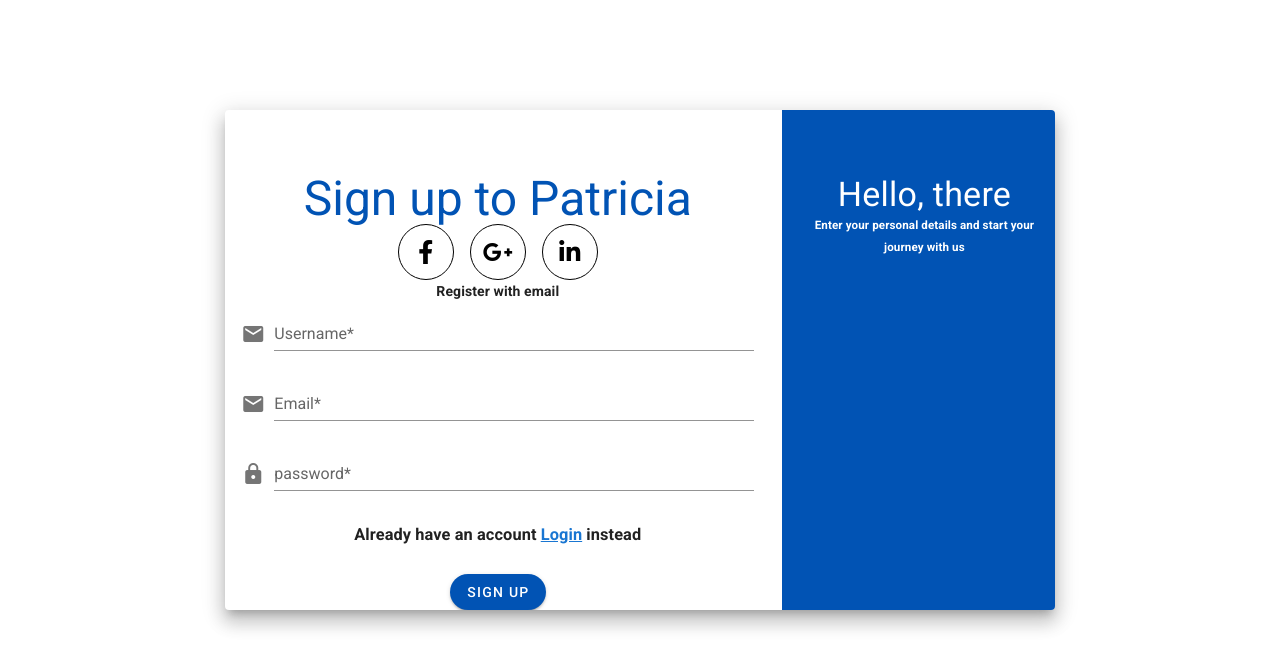
Repository: akinsikuoluwafemi/Pats_userAuth
Page: /signup
An editor plug-in stored every save of this project. The page is shown before and after a run of saves, followed by the edit.
The browser window is 1280 px wide. The pictures show the whole page.
The project was rebuilt for these pictures with package versions that can differ from the ones it lists, and the page was loaded fresh each time. Also part of the build but not shown: vue.config.js.

Above is the page before, as saved 2020-11-05 22:18:16.

### src/main.js
import Vue from 'vue'
import App from './App.vue'
import router from './router'
import vuetify from './plugins/vuetify';
import store from './store';

Vue.config.productionTip = false

new Vue({
  store,
  router,
  vuetify,
  render: h => h(App)
}).$mount('#app')

### src/App.vue
<template>
  <v-app>


    <v-main>
      <router-view></router-view>
    </v-main>
  </v-app>
</template>

<script>

export default {
  name: 'App',

  components: {

},

  data: () => ({
    //
  }),
};
</script>

### src/router/index.js
import Vue from 'vue'
import VueRouter from 'vue-router'
// import Home from '../views/Home.vue'
import Login from '../views/Login.vue'
import Signup from "../views/Signup.vue";
import UserInfo from "../views/UserInfo.vue";


Vue.use(VueRouter)

const routes = [
  {
    path: "/",
    name: "Userinfo",
    component: UserInfo,
    meta: {
      requiresAuth: true,
    },
  },
  {
    path: "/login",
    name: "Login",
    component: Login

  },

  {
    path: "/signup",
    name: "Signup",
    component: Signup,
  },

  {
    path: "/userinfo",
    // name: "Userinfo",
    // component: UserInfo,
  },
  {
    path: "/about",
    name: "About",
    // route level code-splitting
    // this generates a separate chunk (about.[hash].js) for this route
    // which is lazy-loaded when the route is visited.
    component: () =>
      import(/* webpackChunkName: "about" */ "../views/About.vue"),
  },
];

const router = new VueRouter({
  mode: 'history',
  base: process.env.BASE_URL,
  routes
})



export default router

### src/plugins/vuetify.js
import "@fortawesome/fontawesome-free/css/all.css"
import 'material-design-icons-iconfont/dist/material-design-icons.css'
import Vue from 'vue';
import Vuetify from 'vuetify/lib';

Vue.use(Vuetify);

export default new Vuetify({
    icons: {
        iconfont: 'md' || 'fa'
    }
});

### src/store/index.js
import Vuex from 'vuex';
import Vue from 'vue';
import auth from './modules/auth';


// Load Vuex
Vue.use(Vuex);


// create store
export default new Vuex.Store({
    modules: {
        auth
    }
});

### src/views/Signup.vue
<template>
  <v-app>
    <v-content>
      <v-container class="fill-height" fluid>
        <v-row align="center" justify="center">
          <v-col cols="12" sm="8" md="8">
            <v-card class="elevation-12">
              <v-window v-model="stop">
                <v-window-item :value="1">
                  <v-row>
                    <v-col cols="12" md="8">
                      <v-card-text class="mt-12">
                        <h1
                          class="text-center display-2"
                          v-bind:style="{ color: '#0153B4' }"
                        >
                          Sign up to Patricia
                        </h1>
                        <div class="text-center" mt-4>
                          <v-btn class="mx-2" fab color="black" outlined>
                            <v-icon>fab fa-facebook-f</v-icon>
                          </v-btn>
                          <v-btn class="mx-2" fab color="black" outlined>
                            <v-icon>fab fa-google-plus-g</v-icon>
                          </v-btn>
                          <v-btn class="mx-2" fab color="black" outlined>
                            <v-icon>fab fa-linkedin-in</v-icon>
                          </v-btn>
                        </div>
                        <h4 class="text-center mlt-4">Register with email</h4>
                        <v-form @submit.prevent="handleSignup" id="check-signup-form">
                          <v-text-field
                            v-model="username"
                            required

                            label="Username*"
                            name="username"
                            prepend-icon="email"
                            type="text"
                            v-bind:style="{ color: '#0153B4' }"
                          />

                          <v-text-field
                          v-model="email"
                            required

                            label="Email*"
                            name="Email"
                            prepend-icon="email"
                            type="text"
                            v-bind:style="{ color: '#0153B4' }"
                          />

                            <v-text-field
                            v-model="password"
                            required
                            id="password"
                            label="password*"
                            name="Password"
                            prepend-icon="lock"
                            type="password"
                            v-bind:style="{ color: '#0153B4' }"
                          />

                        <h3 class="text-center mt-3">
                          Already have an account
                          <router-link to="/login"> Login</router-link> instead
                        </h3>


                        </v-form>


                      </v-card-text>
                      <div class="text-center mt-3">
                         <v-btn
                         type="submit"
                         form="check-signup-form"
                          rounded
                          v-bind:style="{ background: '#0153B4' }"
                          dark
                          >Sign Up

                          </v-btn>
                      </div>
                    </v-col>
                    <v-col
                      cols="12"
                      md="4"
                      class=""
                      v-bind:style="{ background: '#0153B4' }"
                    >
                      <v-card-text class="white--text mt-12">
                        <h1 class="text-center display-1">Hello, there</h1>
                        <h5 class="text-center">
                          Enter your personal details and start your journey
                          with us
                        </h5>
                      </v-card-text>
                      <div class="text-center">
                        <!-- <v-btn
                        rounded
                        dark
                        v-bind:style="{ background: '#fff', color: '#0153B4' }"


                        >
                          SIGN UP
                        </v-btn> -->
                      </div>
                    </v-col>
                  </v-row>
                </v-window-item>

              </v-window>
            </v-card>
          </v-col>
        </v-row>
      </v-container>
    </v-content>
  </v-app>
</template>
<script>
import {mapGetters, mapActions} from 'vuex';

export default {
  data: () => ({
    email: '',
    password: '',
    username: '',
    authPassword: 'password',
    userArr: []
  }),
  props: {
    source: String
  },
  methods: {
       handleSignup: function() {
         let user = {
        email: this.email,
        password: this.password,
        username: this.username
      }

      localStorage.setItem('user', JSON.stringify(user))
      this.addUser(user)
      localStorage.setItem('allUsers', JSON.stringify(this.userArr))

      alert('you have successfully Signed in')
      this.$router.push('/')
      window.location.reload(true)

      this.email = "",
      this.password = "",
      this.username = ""
      alert(JSON.stringify(this.userArr))


    },
    addUser: function(entry){
      return this.userArr.push(entry)
    }
  }
}
</script>

### src/store/modules/auth.js
const state = {
    users: []
}

const getters = {
    allUsers: (state) => state.users
}

const actions = {
    fetchUsers({commit}) {

    }
}

const mutations = {
    setUsers: (state, users) => (state.users = users)
}


export default {
  state,
  getters,
  actions,
  mutations,
};

### src/views/Login.vue
<template>
  <v-app>
    <v-content>
      <v-container class="fill-height" fluid>
        <v-row align="center" justify="center">
          <v-col cols="12" sm="8" md="8">
            <v-card class="elevation-12">
              <v-window v-model="stop">
                <v-window-item :value="1">
                  <v-row>
                    <v-col cols="12" md="8">
                      <v-card-text class="mt-12">
                        <h1
                          class="text-center display-2"
                          v-bind:style="{ color: '#0153B4' }"
                        >
                          Log in to Patricia
                        </h1>
                        <div class="text-center" mt-4>
                          <v-btn class="mx-2" fab color="black" outlined>
                            <v-icon>fab fa-facebook-f</v-icon>
                          </v-btn>
                          <v-btn class="mx-2" fab color="black" outlined>
                            <v-icon>fab fa-google-plus-g</v-icon>
                          </v-btn>
                          <v-btn class="mx-2" fab color="black" outlined>
                            <v-icon>fab fa-linkedin-in</v-icon>
                          </v-btn>
                        </div>
                        <h4 class="text-center mlt-4">Register with email</h4>
                        <v-form @submit="handleLogin" id="check-login-form"

                        >
                          <v-text-field
                          required

                            v-model="email"
                            label="Email*"
                            name="Email"
                            prepend-icon="email"
                            type="text"
                            v-bind:style="{ color: '#0153B4' }"
                          />
                          <v-text-field
                          required

                            v-model="password"
                            id="password"
                            label="password*"
                            name="Password"
                            prepend-icon="lock"
                            type="password"
                            v-bind:style="{ color: '#0153B4' }"
                          />

                        <h3 class="text-center mt-3">
                          Don't have an account
                          <router-link to="/signup"> Signup</router-link> instead
                        </h3>
                        </v-form>

                      </v-card-text>
                      <div class="text-center mt-3">
                        <v-btn
                        type="submit"
                        form="check-login-form"

                          rounded
                          v-bind:style="{ background: '#0153B4' }"
                          dark

                          >Login</v-btn
                        >
                      </div>
                    </v-col>
                    <v-col
                      cols="12"
                      md="4"
                      class=""
                      v-bind:style="{ background: '#0153B4' }"
                    >
                      <v-card-text class="white--text mt-12">
                        <h1 class="text-center display-1">Hello, there</h1>
                        <h5 class="text-center">
                          Enter your personal details and start your journey
                          with us
                        </h5>
                      </v-card-text>
                      <div class="text-center">
                        <!-- <v-btn rounded outlined="" dark @click="step++">
                          Login
                        </v-btn> -->
                      </div>
                    </v-col>
                  </v-row>
                </v-window-item>
              </v-window>
            </v-card>
          </v-col>
        </v-row>
      </v-container>
    </v-content>
  </v-app>
</template>
<script>
export default {
  data: () => ({
    email: '',
    password: ''
  }),
  props: {
    source: String
  },
  methods: {
    handleLogin: function() {
      return alert(JSON.stringify({
        email: this.email,
        password: this.password
      }))
    }

  }
}
</script>

### src/views/UserInfo.vue
<template>
    <div class="container">

  <v-btn rounded outlined="" v-bind:style="{ background: '#0153B4', margin: '1rem' }"
    @click="handleLogout"

   dark>Logout</v-btn>



  <div class="profile-header">
    <div class="profile-img">
      <img src="https://images.unsplash.com/photo-1486312338219-ce68d2c6f44d?ixlib=rb-1.2.1&ixid=eyJhcHBfaWQiOjEyMDd9&auto=format&fit=crop&w=1352&q=80" width="200" alt="Profile Image">
    </div>
    <div class="profile-nav-info">
      <h3 class="user-name">Bright Code</h3>
      <div class="address">
        <p id="state" class="state">New York,</p>
        <span id="country" class="country">USA.</span>

      </div>

    </div>
    <div class="profile-option">
      <div class="notification">
        <i class="fa fa-bell"></i>
        <span class="alert-message">3</span>
      </div>
    </div>



  </div>

  <div class="main-bd">
    <div class="left-side">
      <div class="profile-side">
        <p class="mobile-no"><i class="fa fa-phone"></i> +23470xxxxx700</p>
        <p class="user-mail"><i class="fa fa-envelope"></i> Brightisaac80@gmail.com</p>
        <div class="user-bio">
          <h3>Bio</h3>
          <p class="bio">
            Lorem ipsum dolor sit amet, hello how consectetur adipisicing elit. Sint consectetur provident magni yohoho consequuntur, voluptatibus ghdfff exercitationem at quis similique. Optio, amet!
          </p>
        </div>
        <div class="profile-btn">
          <button class="chatbtn" id="chatBtn"><i class="fa fa-comment"></i> Chat</button>
          <button class="createbtn" id="Create-post"><i class="fa fa-plus"></i> Create</button>
        </div>
        <div class="user-rating">
          <h3 class="rating">4.5</h3>
          <div class="rate">
            <div class="star-outer">
              <div class="star-inner">
                <i class="fa fa-star"></i>
                <i class="fa fa-star"></i>
                <i class="fa fa-star"></i>
                <i class="fa fa-star"></i>
                <i class="fa fa-star"></i>
              </div>
            </div>
            <span class="no-of-user-rate"><span>123</span>&nbsp;&nbsp;reviews</span>

          </div>

        </div>
      </div>

    </div>
    <div class="right-side">

      <div class="nav">
        <ul>
          <li onclick="tabs(0)" class="user-post active">Posts</li>
          <li onclick="tabs(1)" class="user-review">Reviews</li>
          <li onclick="tabs(2)" class="user-setting"> Settings</li>

        </ul>
      </div>
      <div class="profile-body">
        <div class="profile-posts tab">
          <h1>Your Post</h1>
          <p>Lorem ipsum dolor sit amet, consectetur adipisicing elit. Ipsa quia sunt itaque ut libero cupiditate ullam qui velit laborum placeat doloribus, non tempore nisi ratione error rem minima ducimus. Accusamus adipisci quasi at itaque repellat sed
            magni eius magnam repellendus. Quidem inventore repudiandae sunt odit. Aliquid facilis fugiat earum ex officia eveniet, nisi, similique ad ullam repudiandae molestias aspernatur qui autem, nam? Cupiditate ut quasi iste, eos perspiciatis maiores
            molestiae.</p>
        </div>
        <div class="profile-reviews tab">
          <h1>User reviews</h1>
          <p>Lorem ipsum dolor sit amet, consectetur adipisicing elit. Aliquam pariatur officia, aperiam quidem quasi, tenetur molestiae. Architecto mollitia laborum possimus iste esse. Perferendis tempora consectetur, quae qui nihil voluptas. Maiores debitis
            repellendus excepturi quisquam temporibus quam nobis voluptatem, reiciendis distinctio deserunt vitae! Maxime provident, distinctio animi commodi nemo, eveniet fugit porro quos nesciunt quidem a, corporis nisi dolorum minus sit eaque error
            sequi ullam. Quidem ut fugiat, praesentium velit aliquam!</p>
        </div>
        <div class="profile-settings tab">
          <div class="account-setting">
            <h1>Acount Setting</h1>
            <p>Lorem ipsum dolor sit amet, consectetur adipisicing elit. Reprehenderit omnis eaque, expedita nostrum, facere libero provident laudantium. Quis, hic doloribus! Laboriosam nemo tempora praesentium. Culpa quo velit omnis, debitis maxime, sequi
              animi dolores commodi odio placeat, magnam, cupiditate facilis impedit veniam? Soluta aliquam excepturi illum natus adipisci ipsum quo, voluptatem, nemo, commodi, molestiae doloribus magni et. Cum, saepe enim quam voluptatum vel debitis
              nihil, recusandae, omnis officiis tenetur, ullam rerum.</p>
          </div>
        </div>
      </div>
    </div>
  </div>
</div>

</template>


<style scoped>

.profile-header { background: #fff; width: 100%; display: flex; height: 190px;
position: relative; box-shadow: 0px 3px 4px rgba(0, 0, 0, 0.2); } .profile-img {
float: left; width: 340px; height: 200px; } .profile-img img { border-radius:
50%; height: 230px; width: 230px; border: 5px solid #fff; box-shadow: 0px 5px
10px rgba(0, 0, 0, 0.2); position: absolute; left: 50px; top: 20px; z-index: 5;
background: #fff; } .profile-nav-info { float: left; display: flex;
flex-direction: column; justify-content: center; padding-top: 60px; }
.profile-nav-info h3 { font-variant: small-caps; font-size: 2rem; font-family:
sans-serif; font-weight: bold; } .profile-nav-info .address { display: flex;
font-weight: bold; color: #777; } .profile-nav-info .address p { margin-right:
5px; } .profile-option { width: 40px; height: 40px; position: absolute; right:
50px; top: 50%; transform: translateY(-50%); border-radius: 50%; display: flex;
justify-content: center; align-items: center; cursor: pointer; transition: all
0.5s ease-in-out; outline: none; background: #0153B4; } .profile-option:hover {
background: #fff; border: 1px solid #0153B4; } .profile-option:hover
.notification i { color: #0153B4; } .profile-option:hover span { background:
#0153B4; } .profile-option .notification i { color: #fff; font-size: 1.2rem;
transition: all 0.5s ease-in-out; } .profile-option .notification .alert-message
{ position: absolute; top: -5px; right: -5px; background: #fff; color: #0153B4;
border: 1px solid #0153B4; padding: 5px; border-radius: 50%; height: 20px;
width: 20px; display: flex; justify-content: center; align-items: center;
font-size: 0.8rem; font-weight: bold; } .main-bd { width: 100%; display: flex;
padding-right: 15px; } .profile-side { width: 300px; background: #fff;
box-shadow: 0px 3px 5px rgba(0, 0, 0, 0.2); padding: 90px 30px 20px;
font-family: "Bree Serif", serif; margin-left: 10px; z-index: 99; }
.profile-side p { margin-bottom: 7px; color: #333; font-size: 14px; }
.profile-side p i { color: #0153B4; margin-right: 10px; } .mobile-no i {
transform: rotateY(180deg); color: #0153B4; } .profile-btn { display: flex; }
button.chatbtn, button.createbtn { border: 0; padding: 10px; width: 100%;
border-radius: 3px; background: #0153B4; color: #fff; font-family: "Bree Serif";
font-size: 1rem; margin: 5px 2px; cursor: pointer; outline: none; margin-bottom:
10px; transition: background 0.3s ease-in-out; box-shadow: 0px 5px 7px 0px
rgba(0, 0, 0, 0.3); } button.chatbtn:hover, button.createbtn:hover { background:
rgba(288, 0, 70, 0.9); } button.chatbtn i, button.createbtn i { margin-right:
5px; } .user-rating { display: flex; } .user-rating h3 { font-size: 2.5rem;
font-weight: 200; margin-right: 5px; letter-spacing: 1px; color: #666; }
.user-rating .no-of-user-rate { font-size: 0.9rem; } .rate { padding-top: 6px; }
.rate i { font-size: 0.9rem; color: #0153B4
; } .nav { width: 100%;
z-index: -1; } .nav ul { display: flex; justify-content: space-around;
list-style-type: none; height: 40px; background: #fff; box-shadow: 0px 2px 5px
rgba(0, 0, 0, 0.3); } .nav ul li { padding: 10px; width: 100%; cursor: pointer;
text-align: center; transition: all 0.2s ease-in-out; } .nav ul li:hover, .nav
ul li.active { box-shadow: 0px -3px 0px rgba(288, 0, 70, 0.9) inset; }
.profile-body { width: 100%; z-index: -1; } .tab { display: none; } .tab {
padding: 20px; width: 100%; text-align: center; } @media (max-width: 1100px) {
.profile-side { width: 250px; padding: 90px 15px 20px; } .profile-img img {
height: 200px; width: 200px; left: 50px; top: 50px; } } @media (max-width:
900px) { body { margin: 0 20px; } .profile-header { display: flex; height: 100%;
flex-direction: column; text-align: center; padding-bottom: 20px; } .profile-img
{ float: left; width: 100%; height: 200px; } .profile-img img { position:
relative; height: 200px; width: 200px; left: 0px; } .profile-nav-info {
text-align: center; } .profile-option { right: 20px; top: 75%; transform:
translateY(50%); } .main-bd { flex-direction: column; padding-right: 0; }
.profile-side { width: 100%; text-align: center; padding: 20px; margin: 5px 0; }
.profile-nav-info .address { justify-content: center; } .user-rating {
justify-content: center; } } @media (max-width: 400px) { body { margin: ; }
.profile-option { width: 30px; height: 30px; position:
absolute; right: 15px; top: 83%; } .profile-option .notification .alert-message
{ top: -3px; right: -4px; padding: 4px; height: 15px; width: 15px; font-size:
0.7rem; } .profile-nav-info h3 { font-size: 1.9rem; } .profile-nav-info .address
p, .profile-nav-info .address span { font-size: 0.7rem; } } #see-more-bio,
#see-less-bio { color: blue; cursor: pointer; text-transform: lowercase; } .tab
h1 { font-family: "Bree Serif", sans-serif; display: flex; justify-content:
center; margin: 20px auto; }



</style>


<script>
export default {
  methods: {
    handleLogout: function() {

      this.$router.push('/login')
      window.location.reload(true)

      alert('you have successfully logged out')
      return localStorage.removeItem('user')
    }
  }
}
</script>

<style>

</style>

Loaded but not shown: public/index.html (common file)

After the next 3 saves:
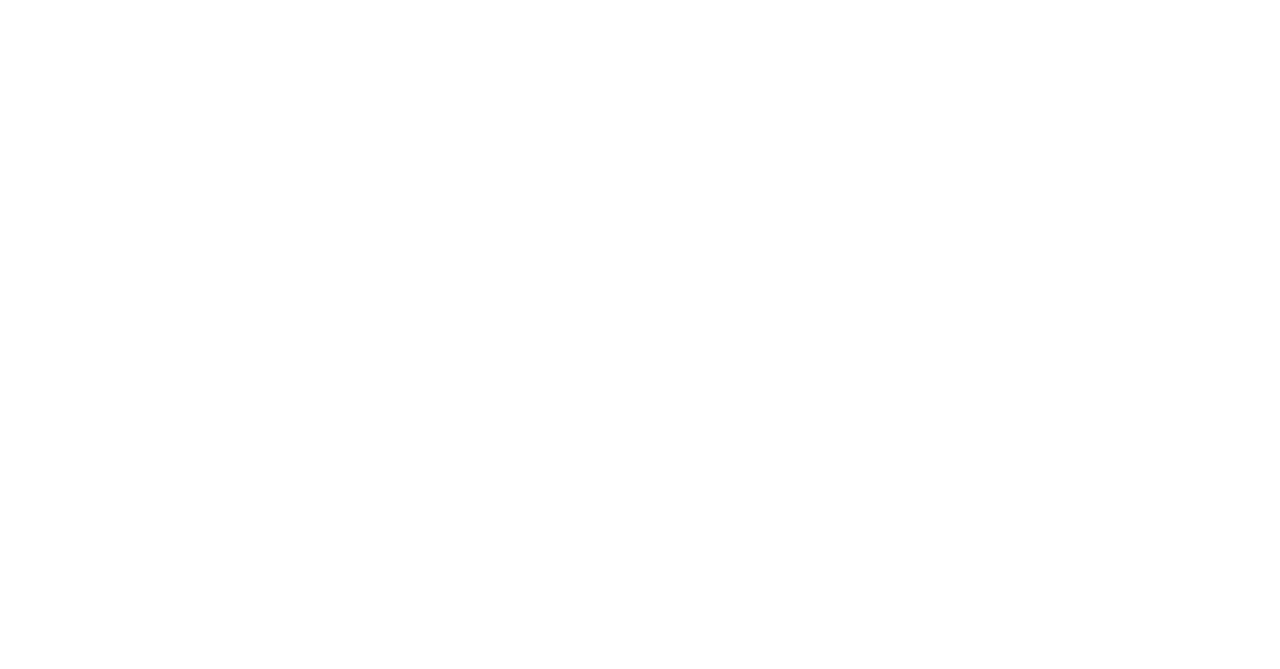
Console error: ReferenceError: id is not defined
The 3 saves are shown as one change because they came seconds apart.
The last was saved 6 min 28 s later.
--- a/src/store/modules/auth.js
+++ b/src/store/modules/auth.js
@@ -1,5 +1,9 @@
 const state = {
-    users: []
+    users: [
+        {
+            id
+        }
+    ]
 }
 
 const getters = {

After the 2 saves that followed:
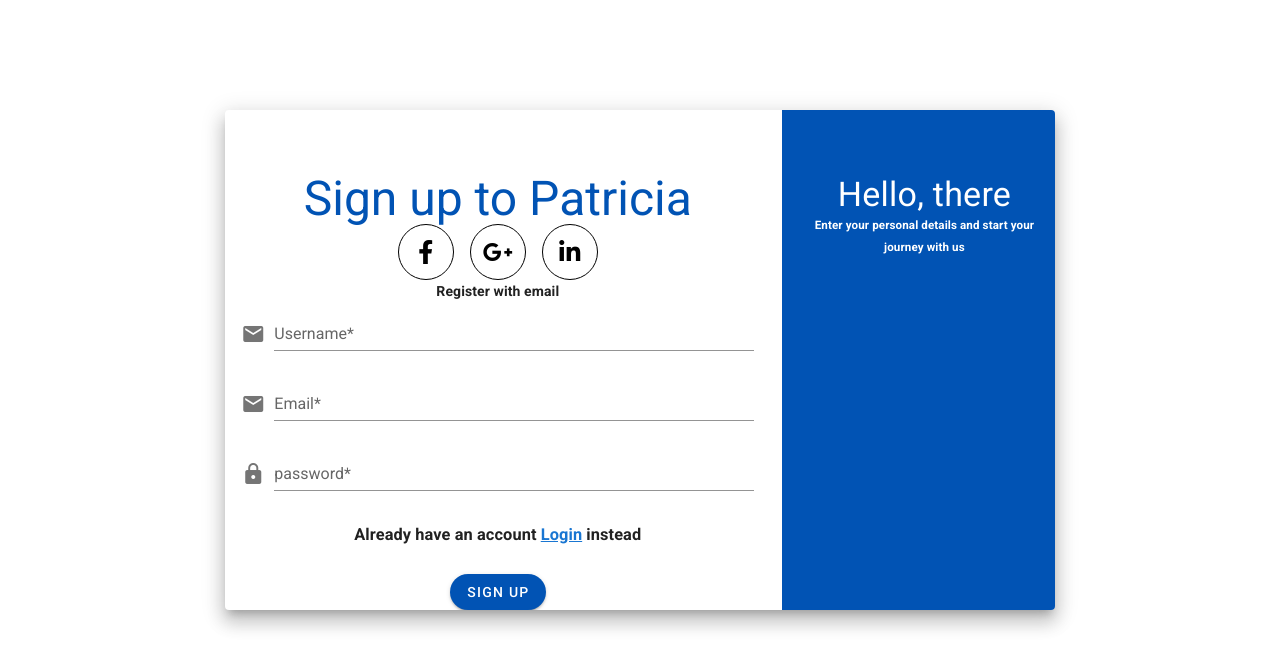
The error is gone.
The 2 saves are shown as one change because they came seconds apart.
The last was saved 6 s later.
--- a/src/store/modules/auth.js
+++ b/src/store/modules/auth.js
@@ -1,7 +1,7 @@
 const state = {
     users: [
         {
-            id
+
         }
     ]
 }
